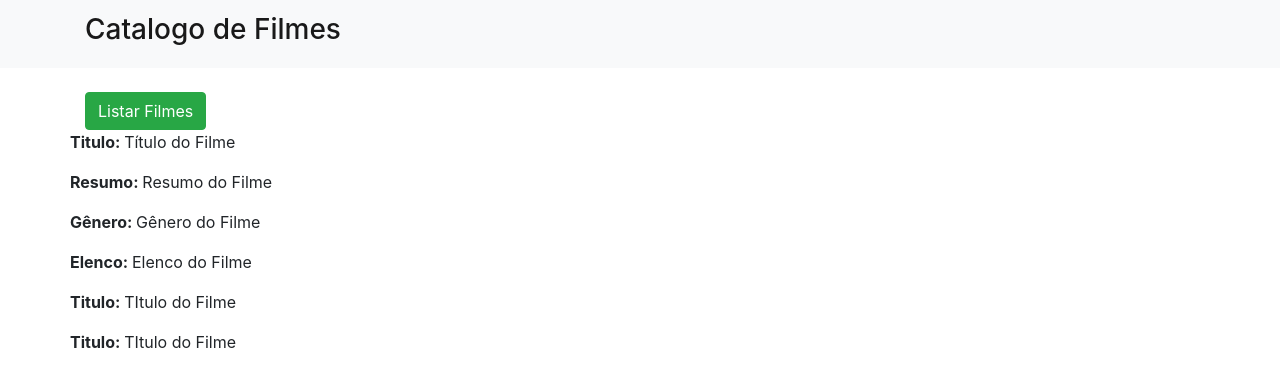
Repository: FredeRibeiro/htdocs-Desenvolvimento-Web-Completo-2019
Page: ajax/filmes.html
The author's editor kept a copy of each file at every save. The page is drawn from the files as they stood at one save, then again after the next save.
The browser window is 1280 px wide. The pictures show the whole page.

Above is the page before, as saved 2019-10-16 12:37:09.

After the next save:
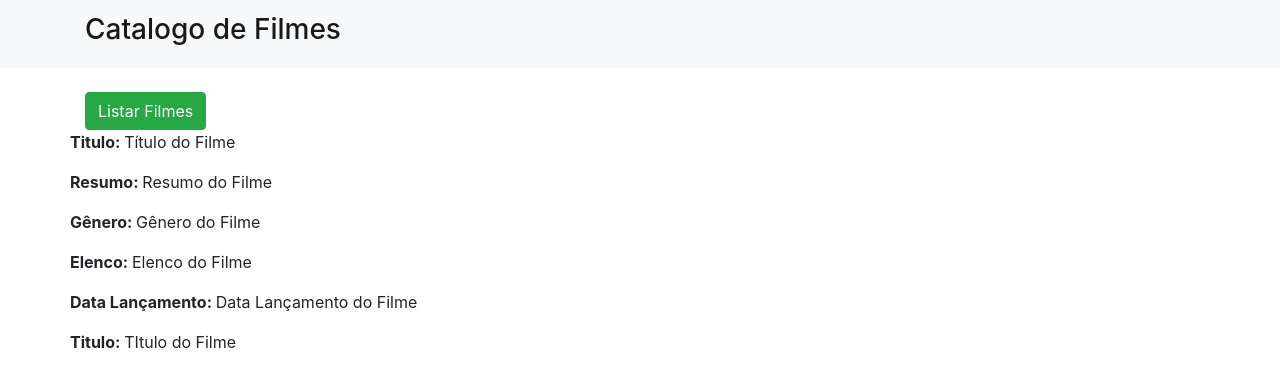
Saved 9 s later.
--- a/ajax/filmes.html
+++ b/ajax/filmes.html
@@ -70,7 +70,7 @@
 				<p><strong>Resumo: </strong>Resumo do Filme</p>
 				<p><strong>Gênero: </strong>Gênero do Filme</p>
 				<p><strong>Elenco: </strong>Elenco do Filme</p>
-				<p><strong>Titulo: </strong>TItulo do Filme</p>
+				<p><strong>Data Lançamento: </strong>Data Lançamento do Filme</p>
 				<p><strong>Titulo: </strong>TItulo do Filme</p>
 			</div>
 		</div>
